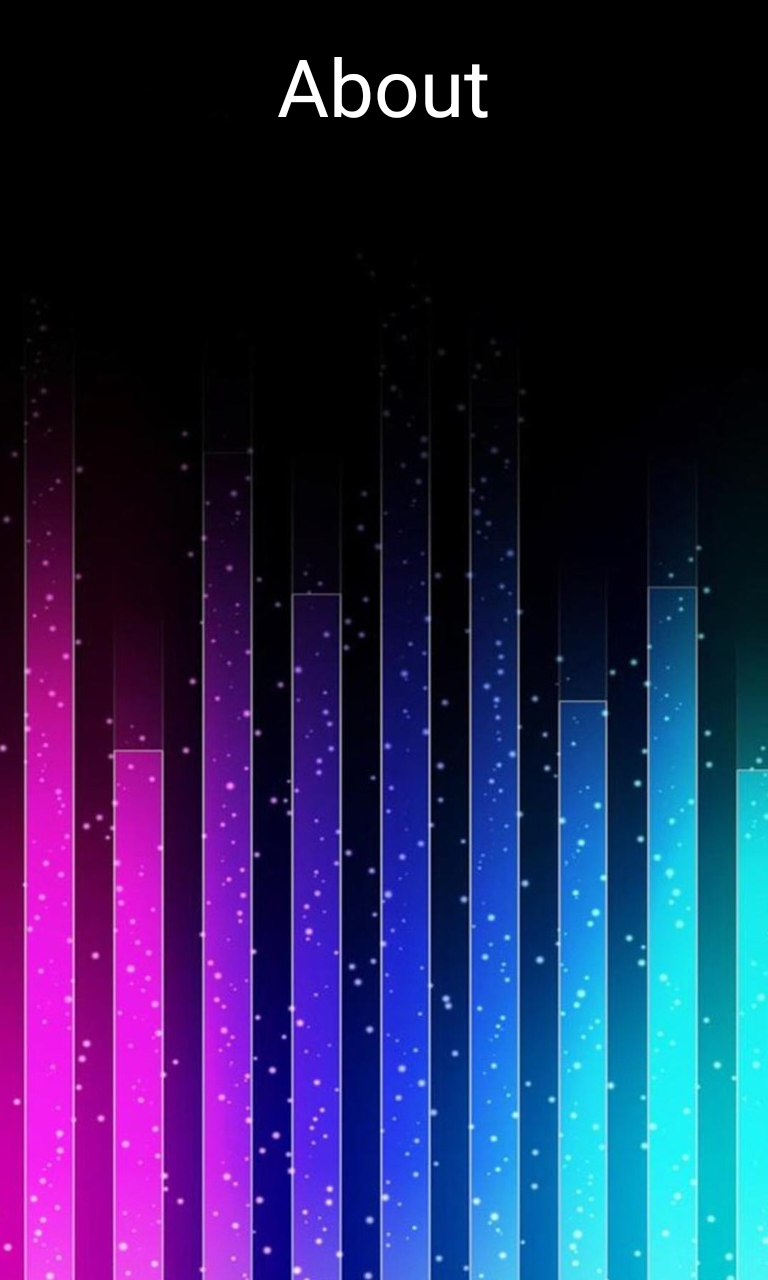
Repository: SoundBoardJAMJ/Project
Layout: workspace/SoundBoard/res/layout/about.xml
These files come from the project's save history. The layout is drawn as it stood at one moment and after the next save; the edit follows.
It is drawn on a 768 x 1280 px phone screen (xhdpi) without system bars, with theme AppTheme; the app's code is not run.

Above is the layout before, as saved 2014-05-02 06:57:26.

### workspace/SoundBoard/res/layout/about.xml
<RelativeLayout xmlns:android="http://schemas.android.com/apk/res/android"
    xmlns:tools="http://schemas.android.com/tools"
    android:layout_width="match_parent"
    android:layout_height="match_parent"
    android:background="@drawable/image1"
    android:paddingBottom="@dimen/activity_vertical_margin"
    android:paddingLeft="@dimen/activity_horizontal_margin"
    android:paddingRight="@dimen/activity_horizontal_margin"
    android:paddingTop="@dimen/activity_vertical_margin"
    tools:context="com.example.soundboard.About$PlaceholderFragment" >

    <TextView
        android:id="@+id/textView1"
        android:layout_width="wrap_content"
        android:layout_height="wrap_content"
        android:layout_alignParentTop="true"
        android:layout_centerHorizontal="true"
        android:alpha="1.0"
        android:text="About"
        android:textColor="@android:color/white"
        android:textSize="40sp"
        android:typeface="normal" />


</RelativeLayout>

Loaded but not shown: workspace/SoundBoard/res/values/styles.xml (common file); workspace/SoundBoard/res/values-v11/styles.xml (common file); workspace/SoundBoard/res/values-v14/styles.xml (common file); workspace/SoundBoard/res/values/dimens.xml (common file); workspace/SoundBoard/res/values-w820dp/dimens.xml (common file)

After the next save:
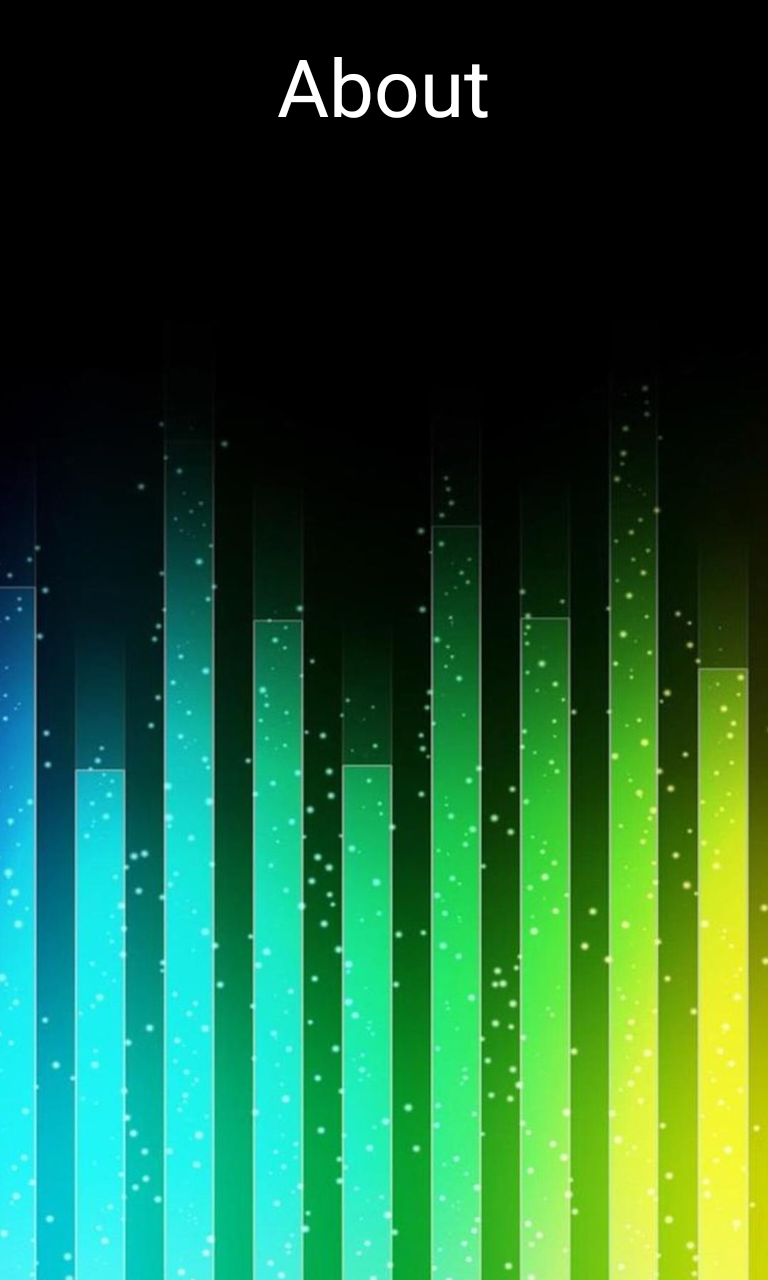
Saved 2 min 44 s later.
--- a/workspace/SoundBoard/res/layout/about.xml
+++ b/workspace/SoundBoard/res/layout/about.xml
@@ -2,7 +2,7 @@
     xmlns:tools="http://schemas.android.com/tools"
     android:layout_width="match_parent"
     android:layout_height="match_parent"
-    android:background="@drawable/image1"
+    android:background="@drawable/image3"
     android:paddingBottom="@dimen/activity_vertical_margin"
     android:paddingLeft="@dimen/activity_horizontal_margin"
     android:paddingRight="@dimen/activity_horizontal_margin"
